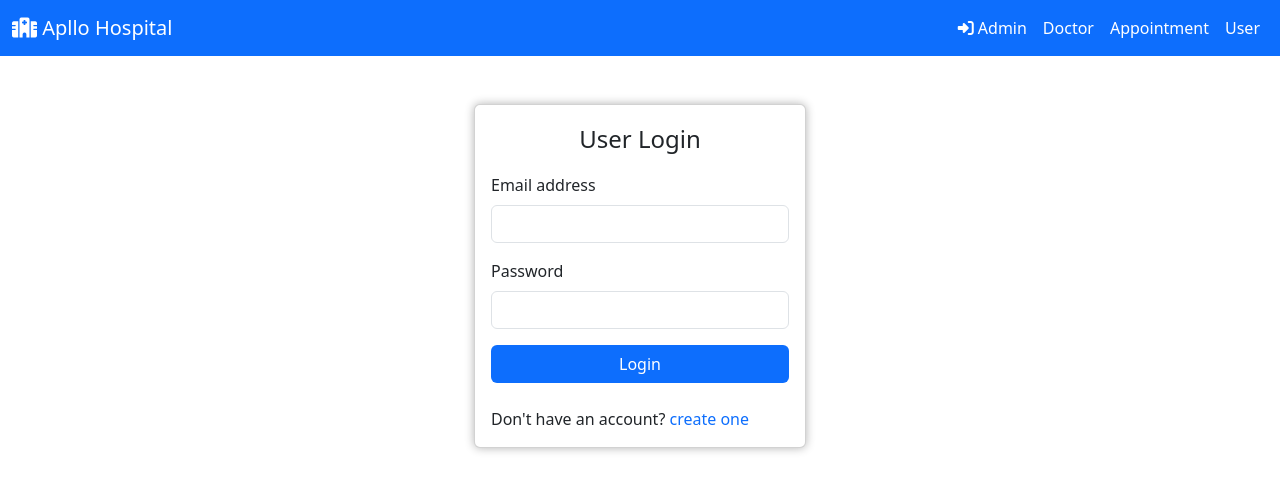
Repository: Subhadip09/Hospital-Management-System
Page: http://localhost/Hospital-Management-System/user_login.jsp
The author's editor kept a copy of each file at every save. The page is drawn from the files as they stood at one save, then again after the next save.
The browser window is 1280 px wide. The pictures show the whole page.
The page is served by Tomcat 9. Other server files are loaded and not shown.

Above is the page before, as saved 2024-04-06 05:31:47.

### Hospital-Management-System/src/main/webapp/user_login.jsp
<%@ page language="java" contentType="text/html; charset=UTF-8"
	pageEncoding="UTF-8"%>
<!DOCTYPE html>
<html>
<head>
<meta charset="UTF-8">
<title>User Login Page</title>
<%@include file="component/allcss.jsp"%>

<style type="text/css">
.paint-card {
	box-shadow: 0 0 10px 0 rgba(0, 0, 0, 0.3);
}
</style>

</head>
<body>
	<%@include file="component/navbar.jsp"%>

	<div class="container p-5">
		<div class="row">
			<div class="col-md-4 offset-md-4">
				<div class="card paint-card">
					<div class="card-body">
						<p class="fs-4 text-center">User Login</p>

						<form action="#" method="post">
							<div class="mb-3">
								<label class="form-label">Email address</label> <input required
									name="email" type="email" class="form-control">
							</div>

							<div class="mb-3">
								<label class="form-label">Password</label> <input required
									name="password" type="password" class="form-control">
							</div>

							<button type="submit" class="btn bg-primary text-white col-md-12">Login</button>
						</form>

						<br>
						Don't have an account?
						<a href="signup.jsp" class="text-decoration-none">create one</a>

					</div>
				</div>
			</div>
		</div>
	</div>

</body>
</html>

### Hospital-Management-System/src/main/webapp/component/allcss.jsp
<link
	href="https://cdn.jsdelivr.net/npm/bootstrap@5.3.3/dist/css/bootstrap.min.css"
	rel="stylesheet"
	integrity="sha384-QWTKZyjpPEjISv5WaRU9OFeRpok6YctnYmDr5pNlyT2bRjXh0JMhjY6hW+ALEwIH"
	crossorigin="anonymous">

<link rel="stylesheet"
	href="https://cdnjs.cloudflare.com/ajax/libs/font-awesome/6.5.2/css/all.min.css"
	integrity="sha512-SnH5WK+bZxgPHs44uWIX+LLJAJ9/2PkPKZ5QiAj6Ta86w+fsb2TkcmfRyVX3pBnMFcV7oQPJkl9QevSCWr3W6A=="
	crossorigin="anonymous" referrerpolicy="no-referrer" />

<script
	src="https://cdn.jsdelivr.net/npm/bootstrap@5.3.3/dist/js/bootstrap.bundle.min.js"
	integrity="sha384-YvpcrYf0tY3lHB60NNkmXc5s9fDVZLESaAA55NDzOxhy9GkcIdslK1eN7N6jIeHz"
	crossorigin="anonymous"></script>

### Hospital-Management-System/src/main/webapp/component/navbar.jsp
<nav class="navbar navbar-expand-lg navbar-dark bg-primary">
	<div class="container-fluid">
		<a class="navbar-brand" href="index.jsp"><i class="fa-solid fa-hospital"></i> Apllo Hospital</a>
		<button class="navbar-toggler" type="button" data-bs-toggle="collapse"
			data-bs-target="#navbarSupportedContent"
			aria-controls="navbarSupportedContent" aria-expanded="false"
			aria-label="Toggle navigation">
			<span class="navbar-toggler-icon"></span>
		</button>
		<div class="collapse navbar-collapse" id="navbarSupportedContent">
			<ul class="navbar-nav ms-auto mb-2 mb-lg-0">

				<li class="nav-item"><a class="nav-link active"
					aria-current="page" href="admin_login.jsp"><i class="fa-solid fa-right-to-bracket"></i> Admin</a></li>

				<li class="nav-item"><a class="nav-link active"
					aria-current="page" href="doctor_login.jsp">Doctor</a></li>

				<li class="nav-item"><a class="nav-link active"
					aria-current="page" href="#">Appointment</a></li>

				<li class="nav-item"><a class="nav-link active"
					aria-current="page" href="user_login.jsp">User</a></li>


				<!-- <li class="nav-item dropdown"><a
					class="nav-link dropdown-toggle" href="#" role="button"
					data-bs-toggle="dropdown" aria-expanded="false"> Dropdown </a>
					<ul class="dropdown-menu">
						<li><a class="dropdown-item" href="#">Action</a></li>
						<li><a class="dropdown-item" href="#">Another action</a></li>
						<li><hr class="dropdown-divider"></li>
						<li><a class="dropdown-item" href="#">Something else here</a></li>
					</ul></li> -->


			</ul>
		</div>
	</div>
</nav>

After the next save:
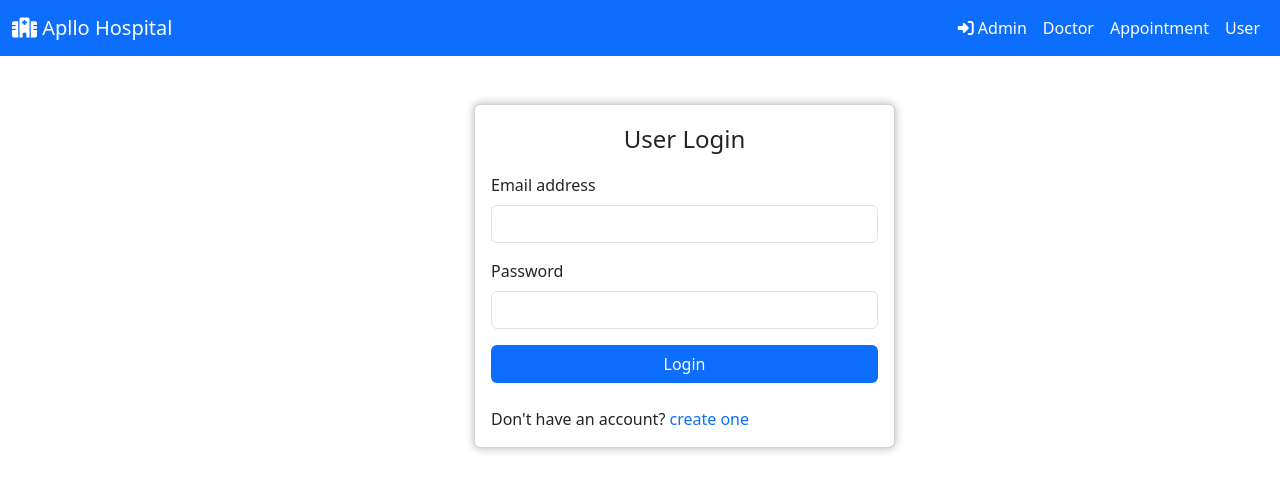
Saved 16 s later.
--- a/Hospital-Management-System/src/main/webapp/user_login.jsp
+++ b/Hospital-Management-System/src/main/webapp/user_login.jsp
@@ -19,7 +19,7 @@
 
 	<div class="container p-5">
 		<div class="row">
-			<div class="col-md-4 offset-md-4">
+			<div class="col-md-5 offset-md-4">
 				<div class="card paint-card">
 					<div class="card-body">
 						<p class="fs-4 text-center">User Login</p>
